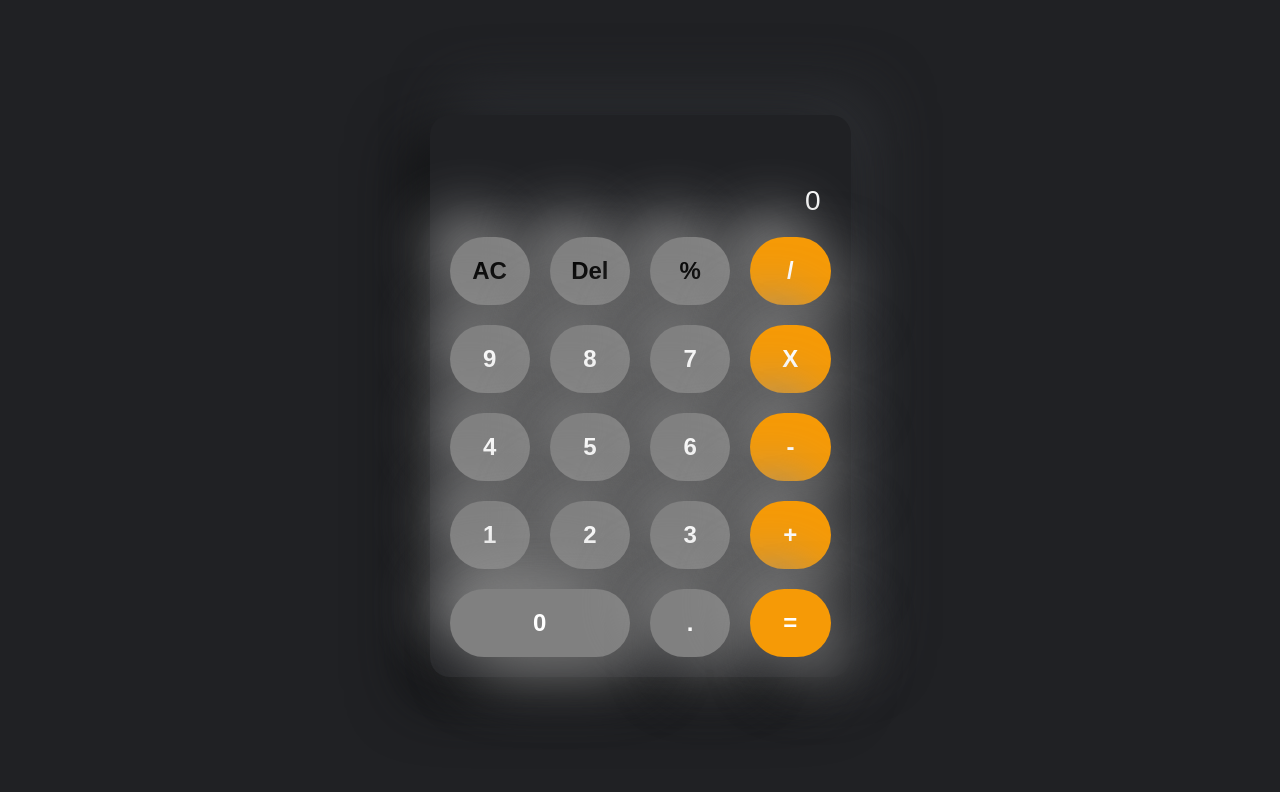
Repository: ble-syn/reactCalculator
Page: /
An editor plug-in stored every save of this project. The page is shown before and after the next save, followed by the edit.
The browser window is 1280 px wide. The pictures show the whole page.
The project was rebuilt for these pictures with package versions that can differ from the ones it lists, and the page was loaded fresh each time.

Above is the page before, as saved 2022-10-06 23:02:01.

After the next save:
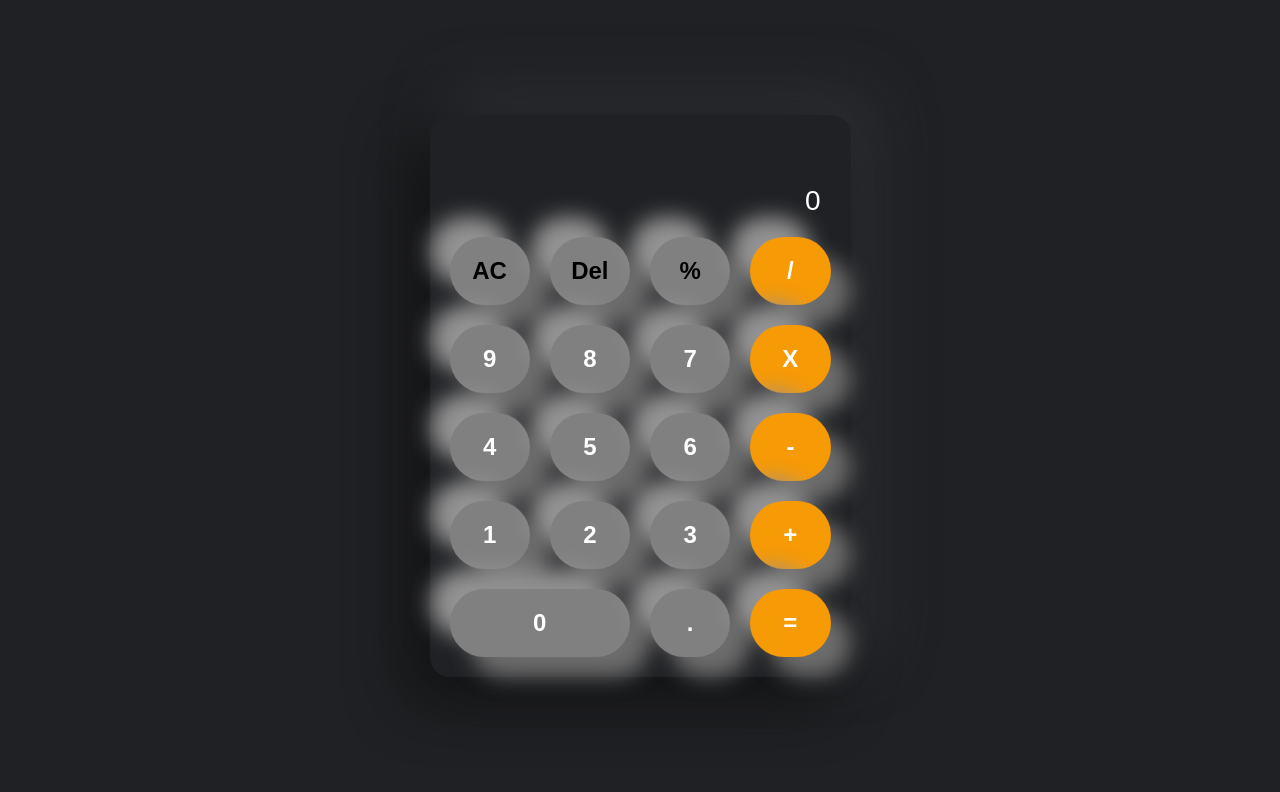
Saved 52 s later.
--- a/src/index.css
+++ b/src/index.css
@@ -55,8 +55,8 @@ button {
   font-size: 24px;
   cursor: pointer;
   background: #808080;
-  box-shadow:  20px 20px 60px #6d6d6d,
-             -20px -20px 60px #939393;
+  box-shadow:  20px 20px 21px #6d6d6d,
+               -20px -20px 21px #939393;
 }
 button:focus {
   background-color: #D1D1D1;
